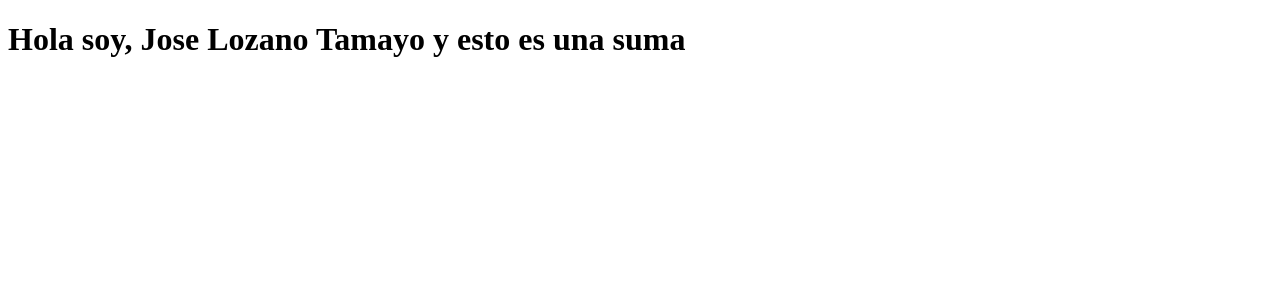
Repository: joseLozanoTamayo/project-react
Page: / (app in 1.ReactDOM.render/)
The author's editor kept a copy of each file at every save. The page is drawn from the files as they stood at one save, then again after the next save.
The browser window is 1280 px wide. The pictures show the whole page.
The project was rebuilt for these pictures with package versions that can differ from the ones it lists, and the page was loaded fresh each time.

Above is the page before, as saved 2019-05-22 21:20:59.

After the next save:
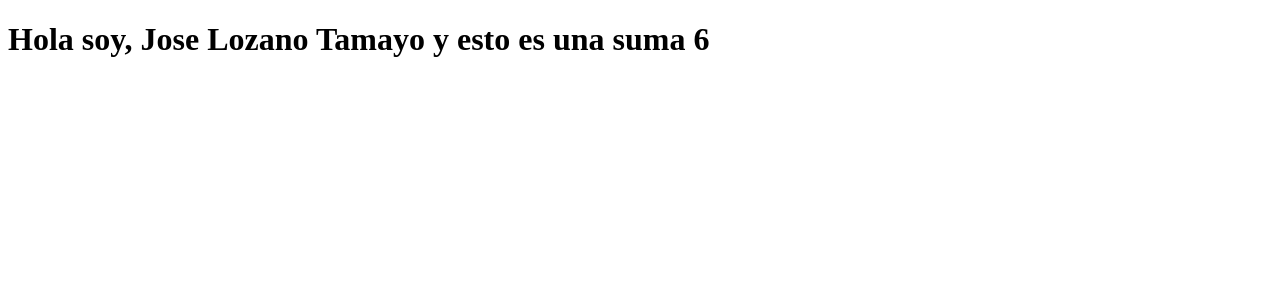
Saved 23 s later.
--- a/1.ReactDOM.render/src/index.js
+++ b/1.ReactDOM.render/src/index.js
@@ -12,7 +12,7 @@
 const name = 'Jose Lozano Tamayo';
 const suma = () => 3 + 3;
 
-const jsx = <h1>Hola soy, {name} y esto es una suma {suma}</h1>;
+const jsx = <h1>Hola soy, {name} y esto es una suma {suma()}</h1>;
 
 
 
